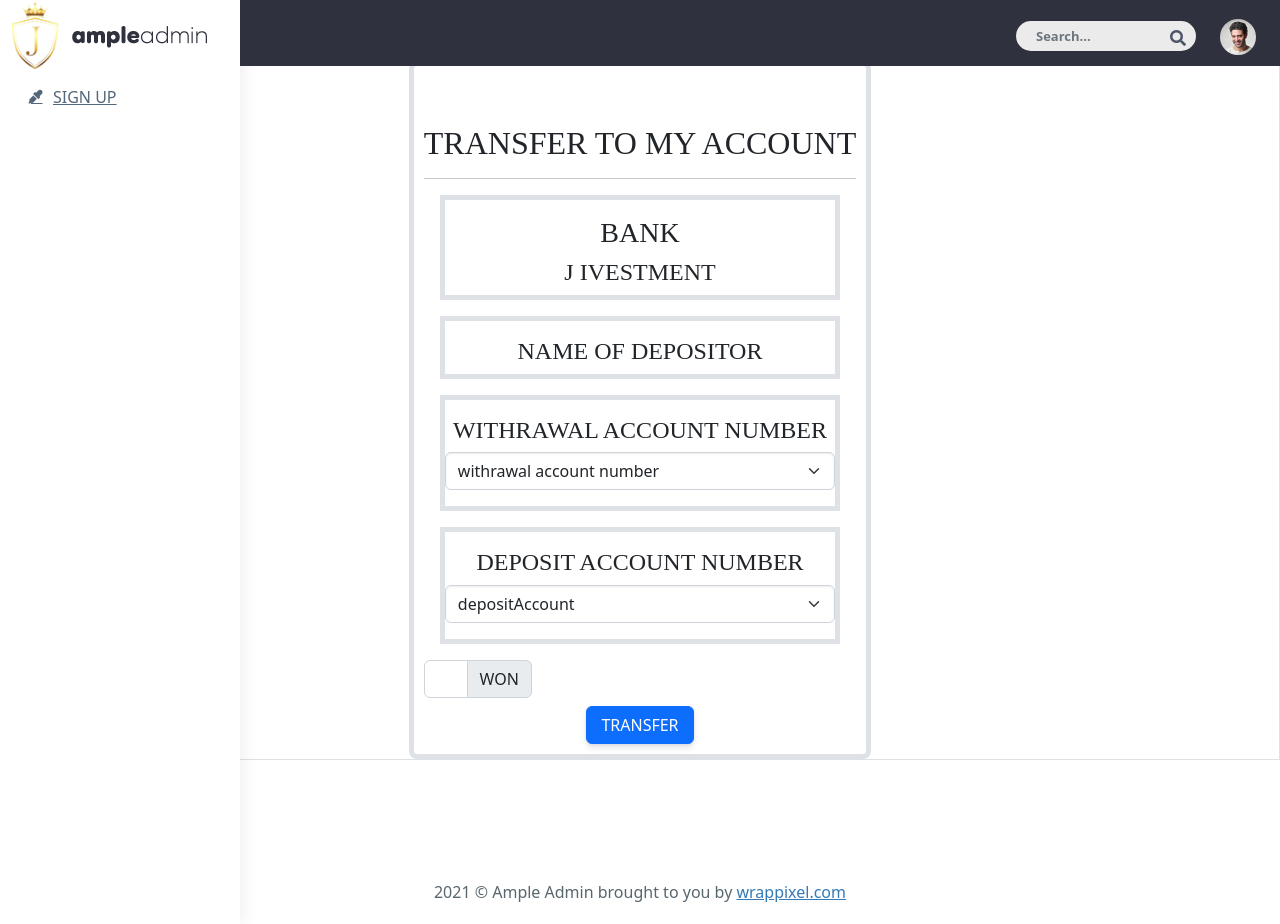
Repository: chopilyeon/HanaOpenBanking
Page: http://localhost/OpenBanking/jsp/bank/transferToMyAccount.jsp
These files come from the project's save history. The page is drawn as it stood at one moment and after the next save; the edit follows.
The browser window is 1280 px wide. The pictures show the whole page.
Some web fonts or font styles are not loaded; a fallback is used. The page is served by Tomcat 9.

Above is the page before, as saved 2022-07-18 15:18:16.
Console error: TypeError: Cannot read properties of null (reading 'querySelector')

After the next save:
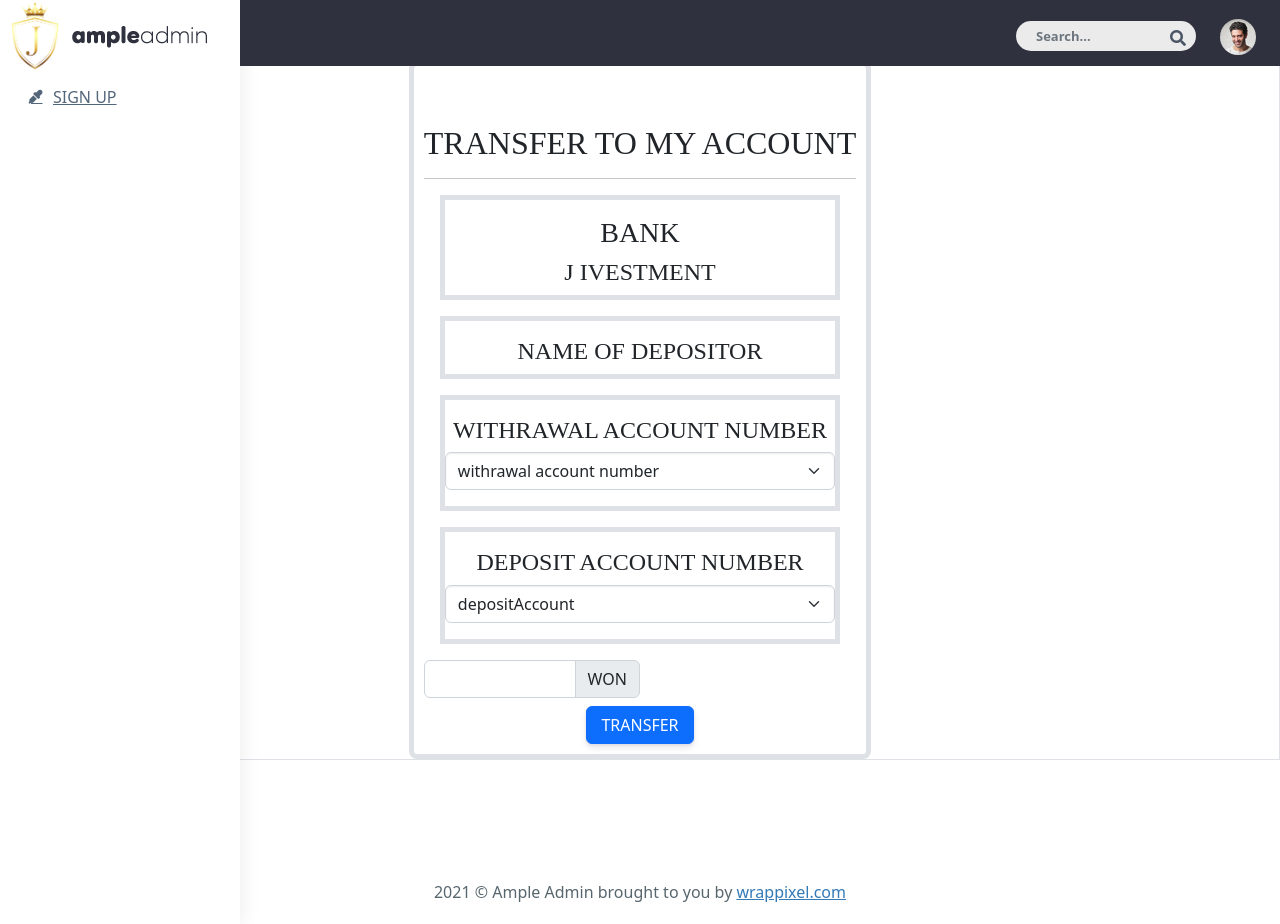
Saved 8 s later.
--- a/OpenBanking/src/main/webapp/jsp/bank/transferToMyAccount.jsp
+++ b/OpenBanking/src/main/webapp/jsp/bank/transferToMyAccount.jsp
@@ -94,7 +94,7 @@
 								</c:forEach>
 							</select>
 						</div>
-						<div class="input-group w-25">
+						<div class="input-group w-50">
  							 <input type="number" name="tranAmount" class="form-control" aria-label="Dollar amount (with dot and two decimal places)">
   							 <span class="input-group-text">WON</span>
 
